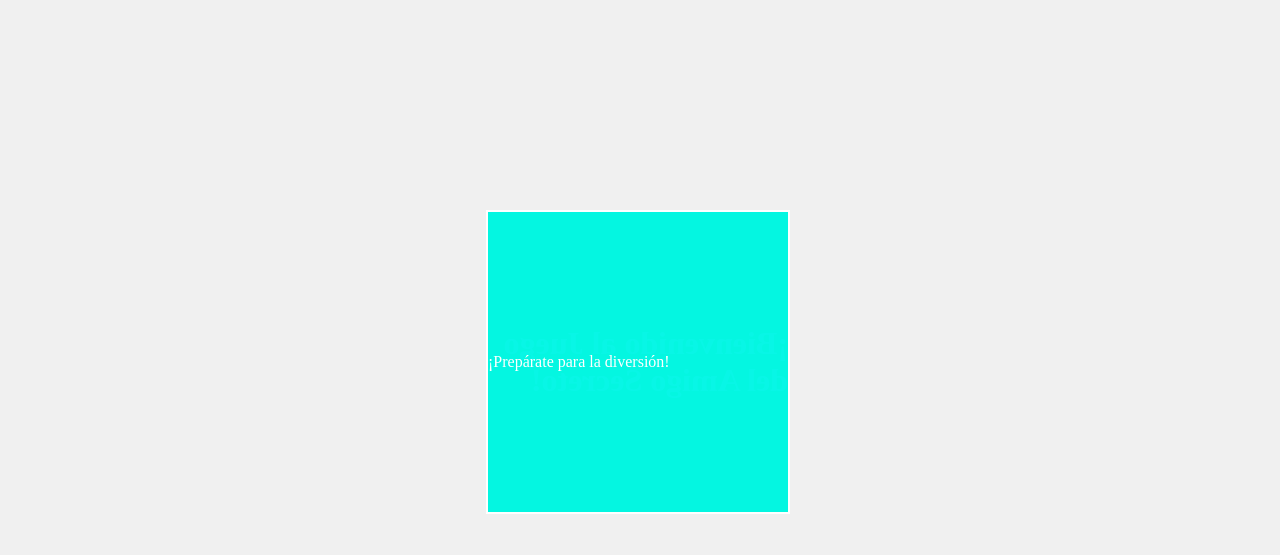
Repository: ye909/secreto
Page: inicio.html
An editor plug-in stored every save of this project. The page is shown before and after the next save, followed by the edit.
The browser window is 1280 px wide. The pictures show the whole page.

Above is the page before, as saved 2025-02-20 21:18:42.

After the next save:
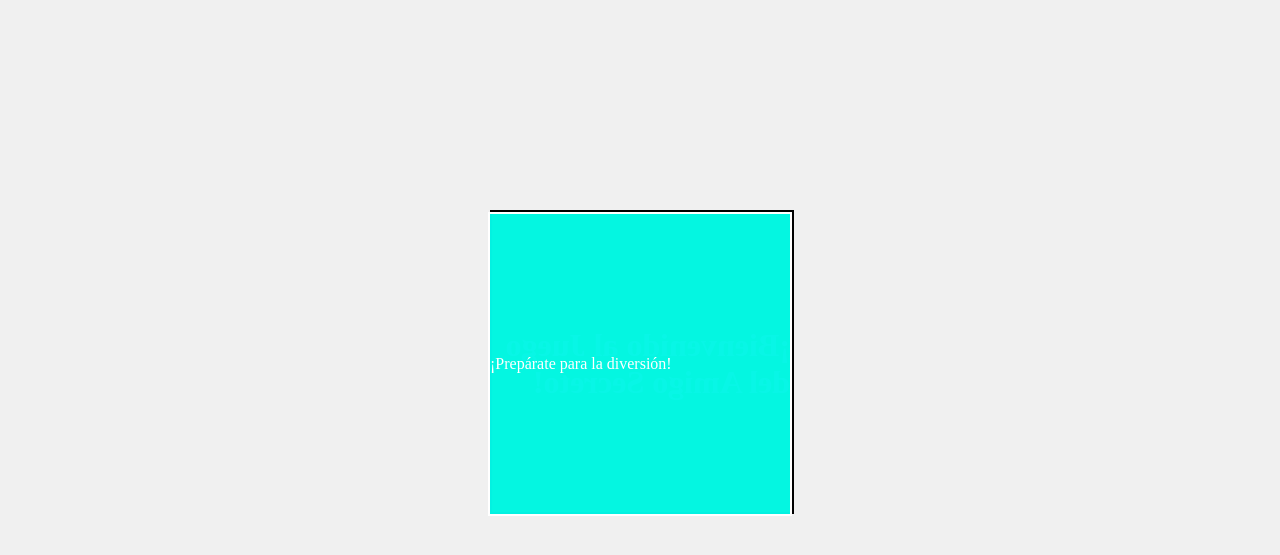
Saved 32 s later.
--- a/inicio.css
+++ b/inicio.css
@@ -18,6 +18,7 @@
   .cube {
     width: 100%;
     height: 100%;
+    border:2px solid black;
     position: absolute;
     transform-style: preserve-3d;
     animation: rotateCube 10s linear infinite; /* Animación continua */

After the save that followed:
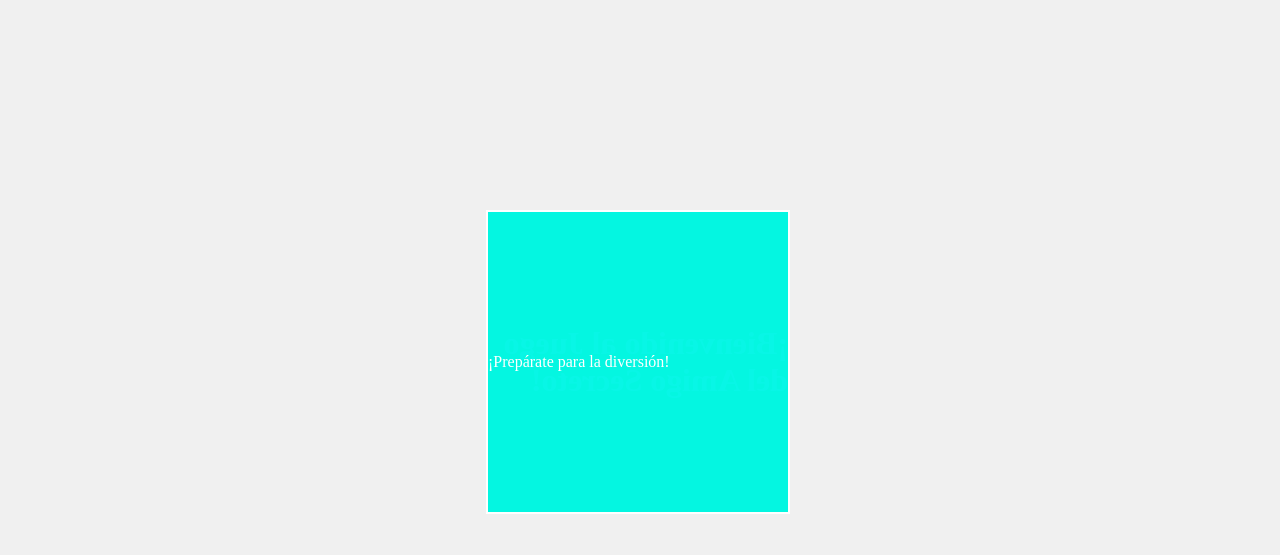
Saved 36 s later.
--- a/inicio.css
+++ b/inicio.css
@@ -18,7 +18,7 @@
   .cube {
     width: 100%;
     height: 100%;
-    border:2px solid black;
+
     position: absolute;
     transform-style: preserve-3d;
     animation: rotateCube 10s linear infinite; /* Animación continua */
@@ -44,7 +44,7 @@
   .right  { transform: rotateY(90deg) translateZ(150px); }
   .left   { transform: rotateY(-90deg) translateZ(150px); }
   .top    { transform: rotateX(90deg) translateZ(150px); }
-  .bottom { transform: rotateX(-90deg) translateZ(150px); }
+  .bottom { transform: rotateX(-90deg) translateZ(150px);background-color: rgba(242, 6, 214, 0.98) }
 
   /* Animaciones */
   @keyframes rotateCube {
